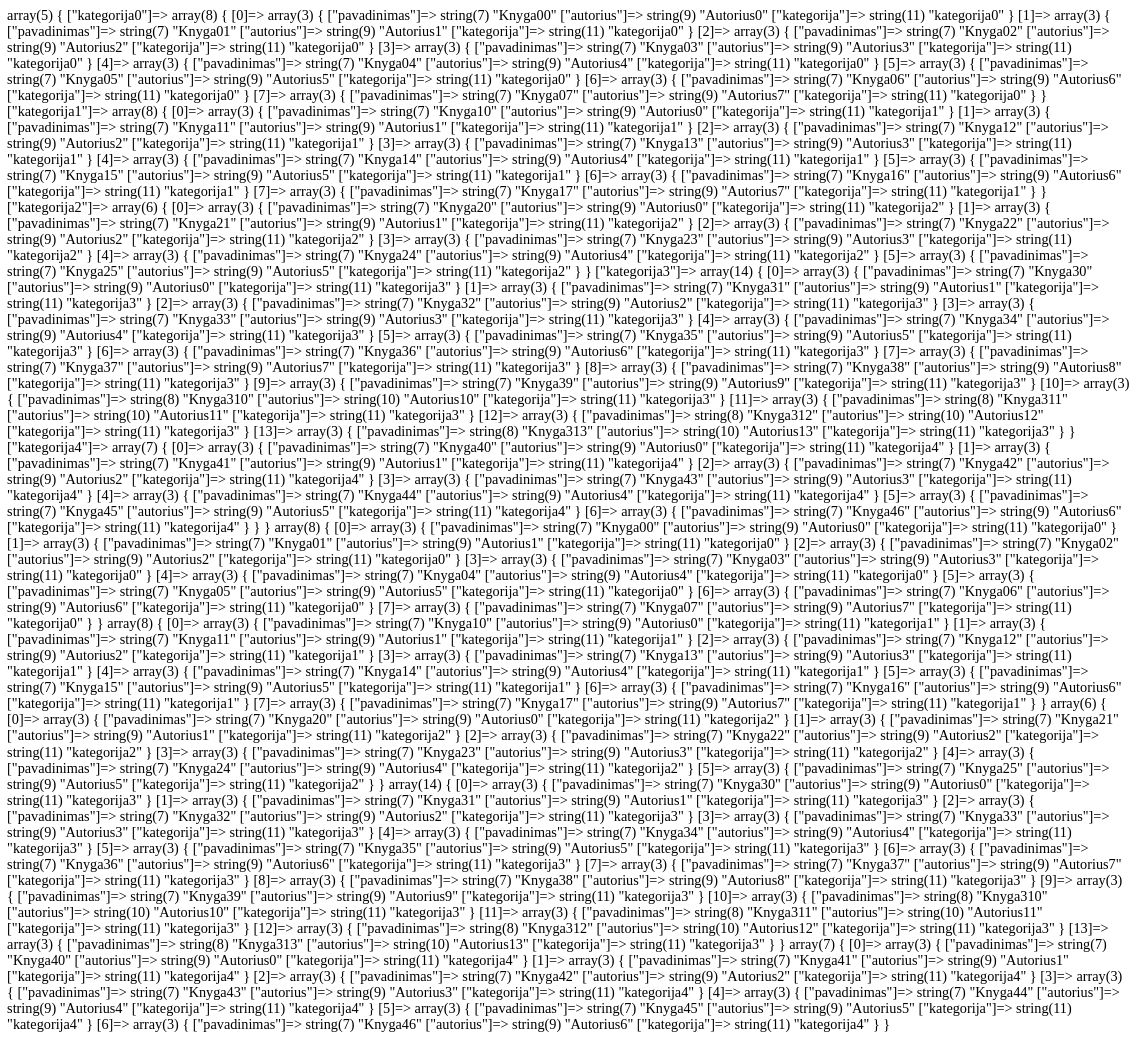
Repository: motiejus1/18-paskaita-PHP-05.31
Page: http://localhost/testavimas/dvimatismasyvas.php
The author's editor kept a copy of each file at every save. The page is drawn from the files as they stood at one save, then again after the next save.
The browser window is 1280 px wide. The pictures show the whole page, at 89% of full size.
The page is run by PHP 8.4 with error messages shown; the project is at /var/www/html/.

Above is the page before, as saved 2021-09-20 18:57:33.

### testavimas/dvimatismasyvas.php
<?php
// . Sukurti dvimatį masyvą, kuriame būtų informacija apie knygos kategoriją, bei knygos priklausančios kategorijai.
// Masyvo struktūrą sugalvoti patiems. Testavimui sukurti bent 5 kategorijas, kurios turi nuo 5 iki 15 knygų.



//

$knygos = [];

//uz kategorijas
for($i=0; $i < 5; $i++) {

    // $kategorija = "Kategorija".$i;
    $kategorija = [];
    //atsakingas uz knygas
    $atsitiktinis = rand(5,15); //6
    for($j=0;$j < $atsitiktinis; $j++) {
        $kategorija[$j] = array(
            "pavadinimas" => "Knyga".$i.$j,
            "autorius" => "Autorius".$j,
            "kategorija" => "kategorija".$i
        );

    }

    $knygos["kategorija".$i] = $kategorija;

}

var_dump($knygos);




for ($i=0; $i < count($knygos); $i++)  {
    // kiek is viso yra ketegoriju
    var_dump($knygos["kategorija".$i]);
}


?>

After the next save:
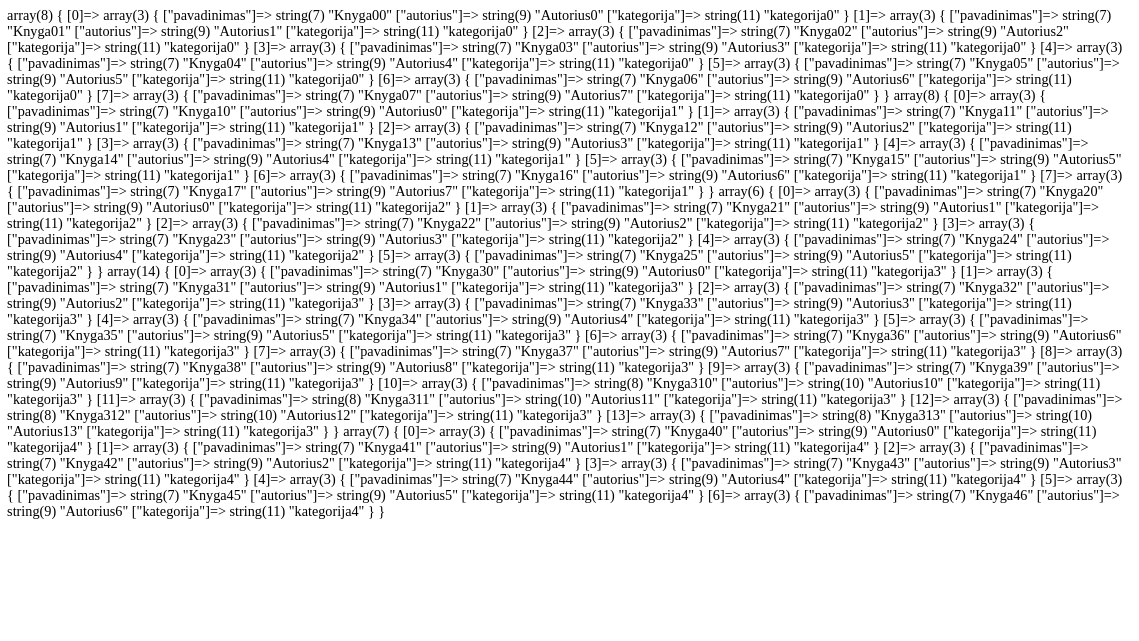
Saved 10 s later.
--- a/testavimas/dvimatismasyvas.php
+++ b/testavimas/dvimatismasyvas.php
@@ -28,7 +28,7 @@ for($i=0; $i < 5; $i++) {
 
 }
 
-var_dump($knygos);
+// var_dump($knygos);
 
 
 
